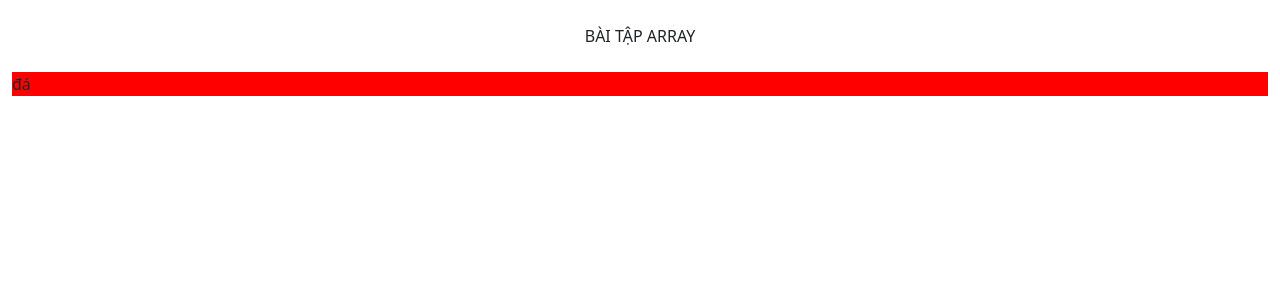
Repository: hcozyph/TranHuuPhuoc_BC43_BT_JS_Buoi7_8_ARRAY
Page: index.html
An editor plug-in stored every save of this project. The page is shown before and after a run of saves, followed by the edit.
The browser window is 1280 px wide. The pictures show the whole page.

Above is the page before, as saved 2023-02-20 11:17:03.

### index.html
<!DOCTYPE html>
<html lang="en">
    <head>
        <title>BT Array</title>
        <!-- Required meta tags -->
        <meta charset="utf-8" />
        <meta
            name="viewport"
            content="width=device-width, initial-scale=1, shrink-to-fit=no"
        />

        <!-- Bootstrap CSS v5.2.1 -->
        <link
            href="https://cdn.jsdelivr.net/npm/bootstrap@5.2.1/dist/css/bootstrap.min.css"
            rel="stylesheet"
            integrity="sha384-iYQeCzEYFbKjA/T2uDLTpkwGzCiq6soy8tYaI1GyVh/UjpbCx/TYkiZhlZB6+fzT"
            crossorigin="anonymous"
        />

        <!-- index.css -->
        <link rel="stylesheet" href="./css/index.css" />
    </head>

    <body>
        <div class="container">
            <div class="bt-array-title d-block text-center my-4">
                BÀI TẬP ARRAY
            </div>

            <div class="bt-array-content">
                <div class="bt1">đá</div>
            </div>
        </div>

        <!-- Bootstrap JavaScript Libraries -->
        <script
            src="https://cdn.jsdelivr.net/npm/@popperjs/core@2.11.6/dist/umd/popper.min.js"
            integrity="sha384-oBqDVmMz9ATKxIep9tiCxS/Z9fNfEXiDAYTujMAeBAsjFuCZSmKbSSUnQlmh/jp3"
            crossorigin="anonymous"
        ></script>

        <script
            src="https://cdn.jsdelivr.net/npm/bootstrap@5.2.1/dist/js/bootstrap.min.js"
            integrity="sha384-7VPbUDkoPSGFnVtYi0QogXtr74QeVeeIs99Qfg5YCF+TidwNdjvaKZX19NZ/e6oz"
            crossorigin="anonymous"
        ></script>

        <!-- method.js -->
        <link rel="stylesheet" href="./js/method.js" />

        <!-- index.js -->
        <script src="./js/index.js"></script>
    </body>
</html>

### css/index.css
* {
    margin: 0;
    padding: 0;
    box-sizing: border-box;
}

.container {
    margin: 0 auto;
    max-width: 1440px;
}

.bt-array-content {
    background: red;
}

Loaded but not shown: js/index.js (no copy from this time; the picture is the same without it); js/method.js (no stored copy; drawn as an empty file)

After the next 2 saves:
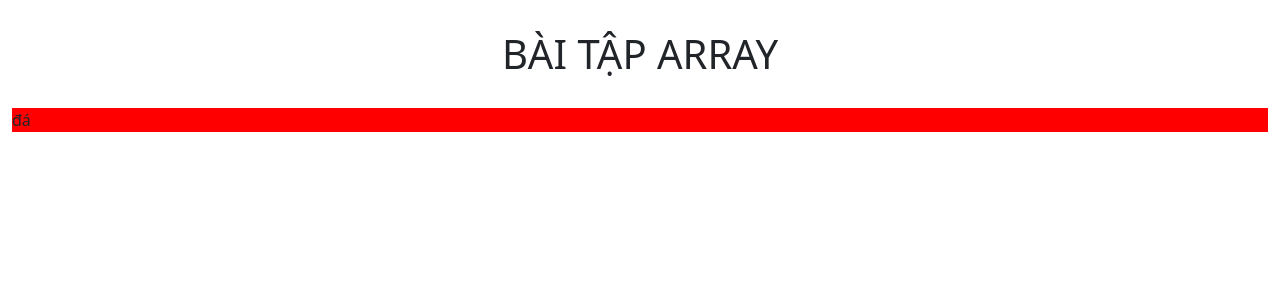
The 2 saves are shown as one change because they came seconds apart.
The last was saved 30 s later.
--- a/css/index.css
+++ b/css/index.css
@@ -9,6 +9,10 @@
     max-width: 1440px;
 }
 
+.bt-array-title {
+    font-size: 40px;
+}
+
 .bt-array-content {
     background: red;
 }
